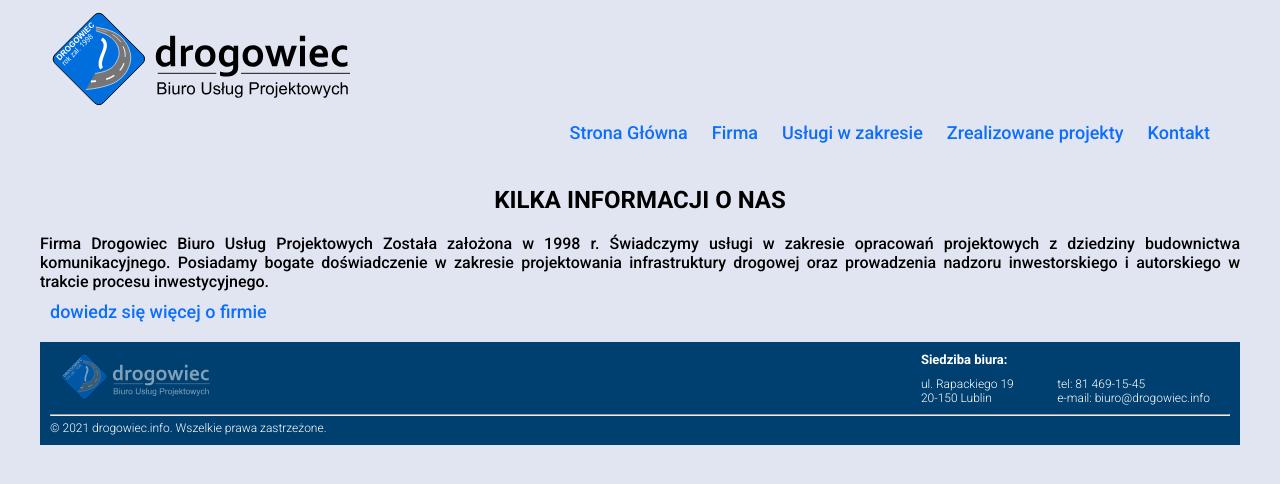
Repository: AdamBodzak/WTF_v2
Page: index.html
An editor plug-in stored every save of this project. The page is shown before and after the next save, followed by the edit.
The browser window is 1280 px wide. The pictures show the whole page.

Above is the page before, as saved 2021-01-10 20:40:53.

### index.html
<!DOCTYPE html>
<html lang="pl">
<head>
    <meta charset="UTF-8">
    <meta name="viewport" content="width=device-width, initial-scale=1.0">
    <link rel="preconnect" href="https://fonts.gstatic.com">
    <link rel="stylesheet" href="style.css" type="text/css">
    <title>DROGOWIEC Biuro Usług Projektowych</title>
</head>
<body>
    <header>
        <a href="index.html">
            <img id="logo" src="./img/LogoBlack.svg" alt="Logo image">
        </a>
        <nav>
            <ul id="nawigationBar">
                <li> <a class="menuItem" href="#"> Strona Główna </a></li>
                <li> <a class="menuItem" href="#"> Firma </a></li>
                <li> <a class="menuItem" href="#"> Usługi w zakresie </a></li>
                <li> <a class="menuItem" href="#"> Zrealizowane projekty </a></li>
                <li> <a class="menuItem" href="#"> Kontakt </a></li>
            </ul>
        </nav>
    </header>
    <main>
        <section>
            <h1 id="hederSection">KILKA INFORMACJI O NAS</h1>
            <p id="paragrafSection">
                Firma Drogowiec Biuro Usług Projektowych Została założona w 1998 r.
                Świadczymy usługi w zakresie opracowań projektowych z dziedziny budownictwa
                komunikacyjnego. Posiadamy bogate doświadczenie w zakresie projektowania infrastruktury
                drogowej oraz prowadzenia nadzoru inwestorskiego i autorskiego w trakcie procesu inwestycyjnego.
            </p>
            <a id="buttonSection" href="#">
                dowiedz się więcej o firmie
            </a>
        </section>
    <main>
    <footer>
        <div id="footerID">
            <div class="footerElement">
                <a href="index.html">
                    <img id="logoFooter" src="./img/LogoWhite.svg" alt="Logo image">
                </a>
            </div>
            <div id="kontakt" class="footerElement">
                <h2 id="footerHeder">
                    Siedziba biura:
                </h2>
                <p id="footerKontakt">
                    ul. Rapackiego 19 <br>
                    20-150 Lublin
                </p>
                <p id="footerKontakt">
                    tel: 81 469-15-45 <br>
                    e-mail: biuro@drogowiec.info
                </p>
            </div>
            <hr>
            <p id="footerLow">
                © 2021 drogowiec.info. Wszelkie prawa zastrzeżone.
            </p>
        </div>
    </footer>
</body>
</html>

### style.css
@import url('https://fonts.googleapis.com/css2?family=Roboto:wght@300;500;700&display=swap');

* {
    box-sizing: border-box;
    margin: 0px;
    padding: 0px;
}

body {
    max-width: 1200px;
    font-weight: 500;
    font-family: 'Roboto', sans-serif;
    background-color: #E1E5F2;
    margin-left: auto;
    margin-right: auto;
}

#logo {
    width: 300px;
    margin: 10px;
}

#nawigationBar{
    text-align: right;
    margin-right: 20px;
    height: 44px;
}

#nawigationBar>li {
    display: inline-block;
}

.menuItem{
    font-size: 18px;
    color: #0d6efd;
    text-decoration: none;
    padding: 10px;
}

.menuItem:hover {
    color: #FFF;
    background-color:#0d6efd;
}

#hederSection {
    text-align: center;
    padding: 20px;
}

#paragrafSection {
    text-align: justify;
    padding-bottom: 10px;
}

#buttonSection {
    position: relative;
    margin: 10px auto;
    font-size: 18px;
    color: #0d6efd;
    text-decoration: none;
    padding: 10px;
}

#buttonSection:hover {
    color: #FFF;
    background-color:#0d6efd;
}

#logoFooter {
    width: 150px;
    opacity: 0.5;
}

.footerElement {
    display: inline-block;
    margin: 10px;
}

#footerID {
    position: relative;
    margin-top: 20px;
    padding: 0px 10px 10px 10px;
    font-weight: 300;
    font-size: 14px;
    color: white;
    background-color: #004070;
}

#kontakt {
    position: absolute;
    right: 0px;
}

#footerKontakt {
    display: inline-block;
    font-size: 12px;
    margin: 10px 20px;
}

#footerHeder {
    margin: 0px 20px;
    font-size: 13px;
}

#footerLow {
    font-size: 12px;
    padding-top: 5px;
}

Loaded but not shown: img/LogoWhite.svg (19 lines, source omitted); img/LogoBlack.svg (19 lines, source omitted)

After the next save:
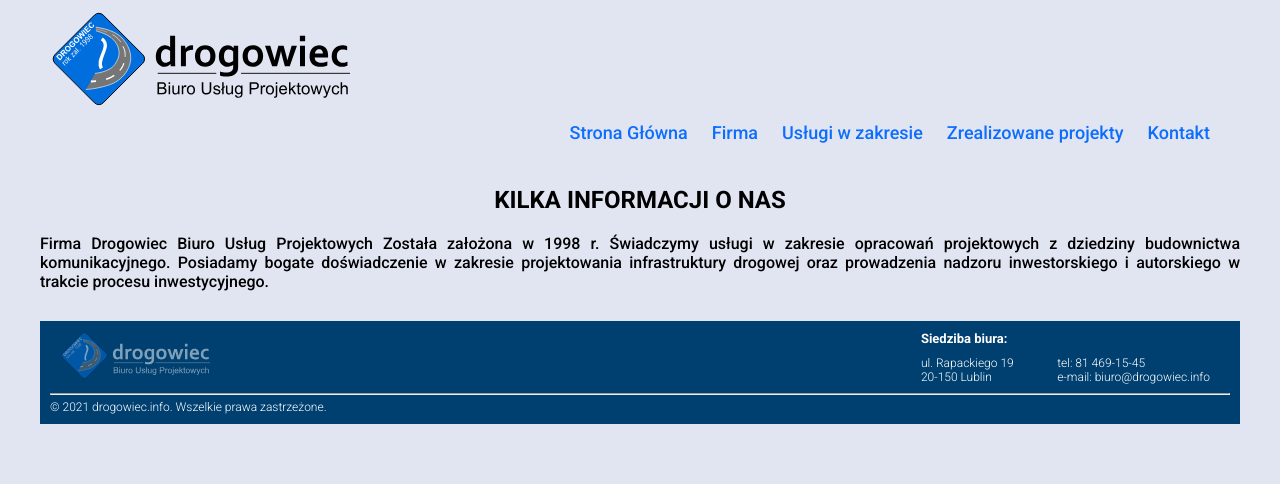
Saved 17 s later.
--- a/style.css
+++ b/style.css
@@ -53,7 +53,7 @@
 }
 
 #buttonSection {
-    position: relative;
+    display: none;
     margin: 10px auto;
     font-size: 18px;
     color: #0d6efd;
